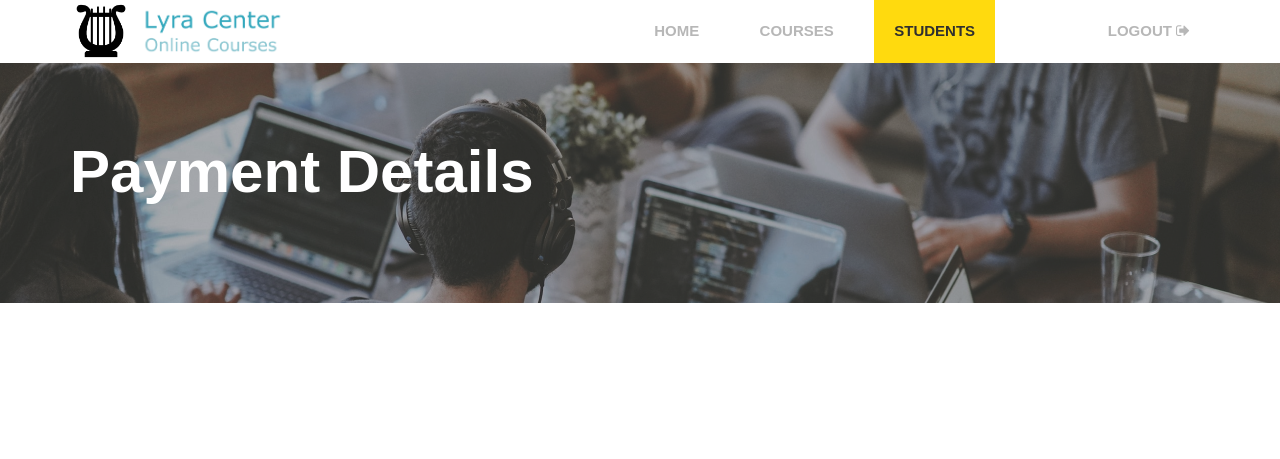
Repository: jersmaecrz/lyra-center
Page: http://localhost/aPayment.php
These files come from the project's save history. The page is drawn as it stood at one moment and after the next save; the edit follows.
The browser window is 1280 px wide. The pictures show the whole page.
Some web fonts or font styles are not loaded; a fallback is used. The page is run by PHP 8.4 with error messages shown; the project is at /var/www/html/.

Above is the page before, as saved 2022-12-04 15:58:27.

### aPayment.php
<?php
    include "admin-classes.php";
?>
<!DOCTYPE html>
<html lang="zxx">
<head>
    <link rel="icon" href="img/lyre.png">
    <meta charset="UTF-8">
    <meta name="description" content="Anime Template">
    <meta name="keywords" content="Anime, unica, creative, html">
    <meta name="viewport" content="width=device-width, initial-scale=1.0">
    <meta http-equiv="X-UA-Compatible" content="ie=edge">
    <title>Lyra | Payment Details</title>
    <link rel="stylesheet" href="css/admin-style.css" type="text/css">

    <!-- Google Font -->
    <link href="https://fonts.googleapis.com/css2?family=Mulish:wght@300;400;500;600;700;800;900&display=swap"
    rel="stylesheet">

    <link rel="preconnect" href="https://fonts.googleapis.com">
    <link rel="preconnect" href="https://fonts.gstatic.com" crossorigin>
    <link href="https://fonts.googleapis.com/css2?family=Open+Sans:wght@700&display=swap" rel="stylesheet">

    <!-- Css Styles -->
    <link rel="stylesheet" href="css/bootstrap.min.css" type="text/css">
    <link rel="stylesheet" href="css/font-awesome.min.css" type="text/css">
    <link rel="stylesheet" href="css/elegant-icons.css" type="text/css">
    <link rel="stylesheet" href="css/plyr.css" type="text/css">
    <link rel="stylesheet" href="css/nice-select.css" type="text/css">
    <link rel="stylesheet" href="css/owl.carousel.min.css" type="text/css">
    <link rel="stylesheet" href="css/slicknav.min.css" type="text/css">
    <link rel="stylesheet" href="css/style.css" type="text/css">
</head>

<body>
    <!-- Page Preloder -->
    <div id="preloder">
        <div class="loader"></div>
    </div>

    <!-- Header Section Begin -->
    <header class="header">
        <div class="container">
            <div class="row">
                <div class="col-lg-5">
                    <div class="header__logo">
                        <a href="./aHome.php">
                            <img src="img/lyre.png" alt="" width=62px>
                            <img src="img/lyra.png" alt="" width=150px>
                        </a>
                    </div>
                </div>
                <div class="col-lg-7">
                    <div class="header__nav">
                        <nav class="header__menu mobile-menu">
                            <ul>
                                <li ><a href="./aHome.php">HOME</a></li>
                                <li ><a href="./aCourses.php">COURSES</a></li>
                                <li class="active"><a href="./aStudents.php">STUDENTS</a></li>
                                <li class="right"><a href="./signup.html">LOGOUT <i class="fa fa-sign-out" aria-hidden="true"></i></a></li>
                            </ul>
                        </nav>
                    </div>
                </div>

            </div>
            <div id="mobile-menu-wrap"></div>
        </div>
    </header>
    <!-- Header End -->


    <!-- Normal Breadcrumb Begin -->
    <section class="pg pg-breadcrumb set-bg" data-setbg="img/banner.png">
        <div class="container">
            <div class="row">
                <div class="col-lg-8">
                    <div class="banner-text normal__breadcrumb__text">
                        <h2></i> Payment Details</h2>
                            <?php
                                if(isset($_GET['uname'])){
                                    echo "<div class='lemony'><a><span><b>";
                                    echo $_GET['uname'];
                                    echo "</b></span</a></div>";
                                }
                            ?>

                    </div>
                </div>
            </div>
        </div>

    </section>
    <!-- Normal Breadcrumb End -->
<br>

<!-- Dashboard -->
<div class="container">
    <div class="row">
        <div class="normal__breadcrumb__text" style="float:none;margin:auto;">
           <div class="styled-table"">
            <?php
                $sPayment = new StudentPayment();
                if(isset($_GET['ecID'])){
                    $ecID = $_GET['ecID'];
                    $sPayment -> retrieveStudentPayments($pdo,$ecID);
                    $rows = $sPayment -> getPayments();
                    foreach($rows as $row){

                        echo "<h4>Payment ID: ".$row -> pytID."</h4>";
                    }
                }
            ?>
            <img src=""/>
           </div>
        </div>
    </div>
</div>
<br>
<br>
<br>
<br>
<br>

<!-- Footer Section Begin
<footer class="footer">
    <div class="page-up">
        <a href="#" class="scroll"><span class="arrow_carrot-up"></span></a>
    </div>
    <div class="container">
        <div class="row">
            <div class="col-lg-3">
                <div class="footer__logo">
                    <a href="./index.html">
                        <img src="img/mango manga.png" alt="" width=80px>
                        <img src="img/mm.png" alt="" width=110px>
                    </a>
                </div>
            </div>
            <div class="col-lg-6">
                <div class="footer__nav">
                    <ul>
                        <li class="active"><a href="./index.html">HOME</a></li>
                        <li ><a href="./courses.html">COURSES</a></li>
                        <li ><a href="./signup.html">STUDENTS</a></li>

                    </ul>
                </div>
            </div>

          </div>
      </div>
  </footer>
  <!-- Footer Section End -->


<!-- Js Plugins -->
<script src="js/jquery-3.3.1.min.js"></script>
<script src="js/bootstrap.min.js"></script>
<script src="js/player.js"></script>
<script src="js/jquery.nice-select.min.js"></script>
<script src="js/mixitup.min.js"></script>
<script src="js/jquery.slicknav.js"></script>
<script src="js/owl.carousel.min.js"></script>
<script src="js/main.js"></script>


</body>

</html>

### admin-classes.php
<?php
   require_once("config.php");
   class Dashboard {
        //Attributes
        public $name;
        public $courses;
        //Create setters
        function setStudents($students){
            $this -> students = $students;
        }
        function setCourses($courses){
            $this -> courses = $courses;
        }
        //Create getters
        function getStudents(){
            return $this -> students;
        }
        function getCourses(){
            return $this -> courses;
        }
        function countStudents($pdo){
            $type = "user";

            $query = "SELECT * FROM users WHERE `user_type` = ?" ;
            $stmt = $pdo-> prepare($query);
            $stmt -> execute([$type]);
            $rows = $stmt -> fetchAll();
            $rowCount = $stmt->rowCount();
            $this -> setStudents($rowCount);
        }
        function countCourses($pdo){
            $query = "SELECT * FROM courses";
            $stmt = $pdo-> prepare($query);
            $stmt -> execute();
            $rows = $stmt -> fetchAll();
            $rowCount = $stmt->rowCount();
            $this -> setCourses($rowCount);
        }
    }
    class Students {
        //Attributes
        public $students;
        //Create setter
        function setStudents($students){
            $this -> students = $students;
        }
        //Create getter
        function getStudents(){
            return $this -> students;
        }
        function retrieveStudents($pdo){
            $type = "user";
            $query = "SELECT * FROM users WHERE `user_type` = ?";
            $stmt = $pdo-> prepare($query);
            $stmt -> execute([$type]);
            $rows = $stmt -> fetchAll();
            $this -> setStudents($rows);
        }
    }
    class StudentCourse {
        //Attributes
        public $studentUsername;
        public $courses;
        public $status;
        //Create setter
        function setStudentUsername($studentUsername){
            $this -> studentUsername = $studentUsername;
        }
        function setCourses($courses){
            $this -> courses = $courses;
        }
        //Create getter
        function getStudentUsername(){
            return $this -> studentUsername;
        }
        function getCourses(){
            return $this -> courses;
        }
        function retrieveStudentCourses($pdo){
            $id = $this-> getStudentUsername();
            $query = "SELECT * FROM `enrolled courses` JOIN `courses` WHERE `sUsername` = ?";
            $stmt = $pdo-> prepare($query);
            $stmt -> execute([$id]);
            $rows = $stmt -> fetchAll();
            $this -> setCourses($rows);
        }
        function updateEnrollmentStatus($pdo, $ecID, $status){
            $query = "UPDATE `enrolled courses` SET `ecStatus` = ? WHERE `ecID` = ?";
            $stmt = $pdo-> prepare($query);
            $stmt -> execute([$status,$ecID]);
            echo "Successfully Updated.";
            echo "<script>
                window.location.replace('aEnrolledCourses.php?uname=".filter_var($_GET['uname'])."');
            </script>";

        }
    }
    class StudentPayment {
        //Attributes
        public $payments;
        //Create setter
        function setPayments($payments){
            $this -> payments = $payments;
        }
        //Create getter
        function getPayments(){
            return $this -> payments;
        }
        function retrieveStudentPayments($pdo, $ecID){
            $query = "SELECT * FROM `payment` WHERE `ecID` = ?";
            $stmt = $pdo-> prepare($query);
            $stmt -> execute([$ecID]);
            $rows = $stmt -> fetchAll();
            $this -> setPayments($rows);
        }
    }
?>

### config.php
<?php
    $host = "remotemysql.com";
    $user = "NsqxjSUDbx";
    $password = "wLgUwnheJo";
    $dbName = "NsqxjSUDbx" ;
    //Connect to database using PDO
    try {
        $dsn ="mysql:host=$host;dbname=$dbName";
        $pdo = new PDO($dsn,$user, $password);
        //Check the connection
        $pdo->setAttribute(PDO::ATTR_DEFAULT_FETCH_MODE,PDO::FETCH_OBJ);
        $pdo->setAttribute(PDO::ATTR_ERRMODE,PDO::ERRMODE_EXCEPTION);
    } catch(PDOException $e) {
        echo "Unable to Connect to DB: ". $e->getMessage();
    }
?>

### css/admin-style.css

/*			HOME PAGE 			*/
.right {
    float: right;
}
.scroll {
    margin-left: -50px;
    margin-top: -50px;
}
.main-section{
	width:80%;
	margin:0 auto;
	text-align: center;
	padding: 0px 5px;
}
.dashboard{
	width:32%;
	display: inline-block;
	margin-top: 50px;
}
.icon-section i{
	font-size: 30px;
	padding:10px;
	border:1px solid #34495E;
	margin-bottom: 10px;
    margin: 5%;
	background-color:#fff;
    border-radius: 50%;
}
.icon-section h3{
	font-size: 20px;
    color: #fff;
	font-family: "Mulish", sans-serif;
}
.icon-section p{
	margin:0px;
	font-size: 20px;
	padding-bottom: 10px;
	font-family: "Mulish", sans-serif;
}
.icon {
    color: #023047;
}
.blueDash {
    background-color:#34495E;
}
.yellowDash {
    background-color:#c9e6f3;
}
.yellowDash h3, .yellowDash p{
	color: #34495E;
}
.blueDash p, .blueDash h3{
	color:#fff;
}
.pg-breadcrumb {
	height: 240px;
	display: -webkit-box;
	display: -ms-flexbox;
	display: flex;
	-webkit-box-align: center;
	-ms-flex-align: center;
	align-items: center;
	-webkit-box-pack: center;
	-ms-flex-pack: center;
	justify-content: center;
}
/*			STUDENTS PAGE 			*/
.styled-table {
    border-collapse: collapse;
    margin: 25px 0;
    font-size: 0.9em;
    font-family: sans-serif;
    box-shadow: 0 0 20px rgba(0, 0, 0, 0.15);
	font-family: "Mulish", sans-serif;
	width: 50%;

}
.styled-table thead tr {
	background-color: #c9e6f3;
	/*background-color: #FFDA0E;*/
    color: #023047;
    text-align: left;
}
.styled-table th,
.styled-table td {
    padding: 12px 15px;
	white-space: nowrap;
}
.styled-table tbody tr {
    border-bottom: 1px solid #dddddd;
}

.styled-table tbody tr:nth-of-type(even) {
    background-color: #f3f3f3;
}

.styled-table tbody tr:last-of-type {
    border-bottom: 2px solid #4ACBCB;
}
.styled-table tbody tr.active-row {
    font-weight: bold;
    color: #34495E;
}
.ico {
	font-size: 24px;
	margin-left: 50px;
	align-content: center;
	color: #4ACBCB;
	align-items: center;
}
/*			STUDENT'S ENROLLED COURSES PAGE 			*/
.banner-text {
	font-size: 50px !important;
}
.save-button {
	color: #f3f3f3;
	background: #023047;
	border-radius: 5px;
	margin: 5px;
}
.btnLink {
	padding: 5px;
}
/*			STUDENT'S PAYMENT PAGE 			*/

Loaded but not shown: css/bootstrap.min.css (library); css/font-awesome.min.css (library); css/plyr.css (library); css/nice-select.css (common file); css/owl.carousel.min.css (library); css/slicknav.min.css (common file); js/jquery-3.3.1.min.js (library); js/bootstrap.min.js (library); js/player.js (library); js/jquery.nice-select.min.js (common file); js/mixitup.min.js (library); js/jquery.slicknav.js (library); js/owl.carousel.min.js (library); js/main.js (101 lines, source omitted); css/elegant-icons.css (1157 lines, source omitted); css/style.css (1159 lines, source omitted)

After the next save:
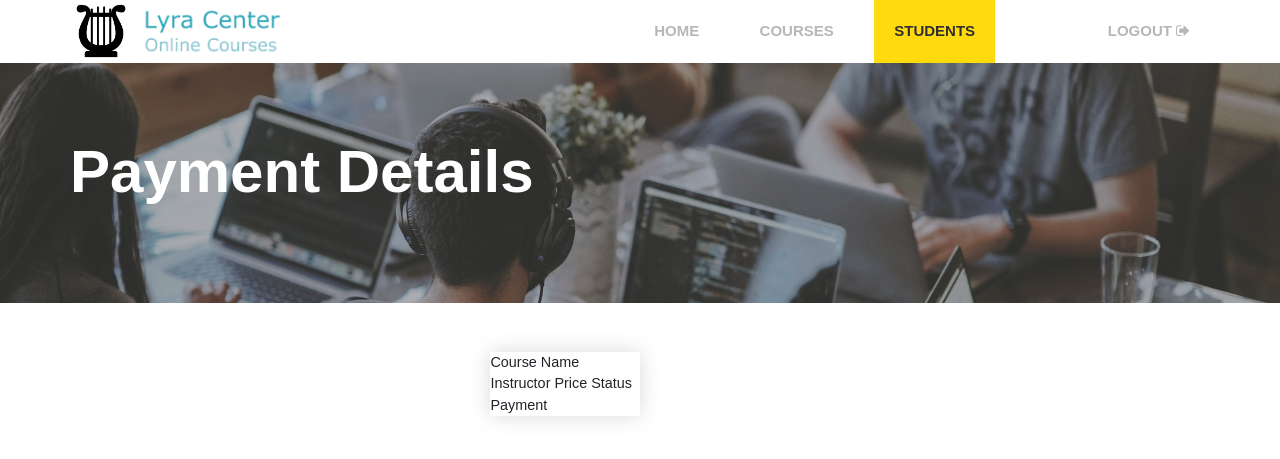
Saved 24 s later.
--- a/aPayment.php
+++ b/aPayment.php
@@ -99,6 +99,19 @@
     <div class="row">
         <div class="normal__breadcrumb__text" style="float:none;margin:auto;">
            <div class="styled-table"">
+                <thead>
+                    <tr>
+                        <th>Course</th>
+                        <th>Name</th>
+                        <th>Instructor</th>
+                        <th>Price</th>
+                        <th>Status</th>
+                        <th></th>
+                        <th>Payment</th>
+
+                    </tr>
+                </thead>
+                <tbody>
             <?php
                 $sPayment = new StudentPayment();
                 if(isset($_GET['ecID'])){
